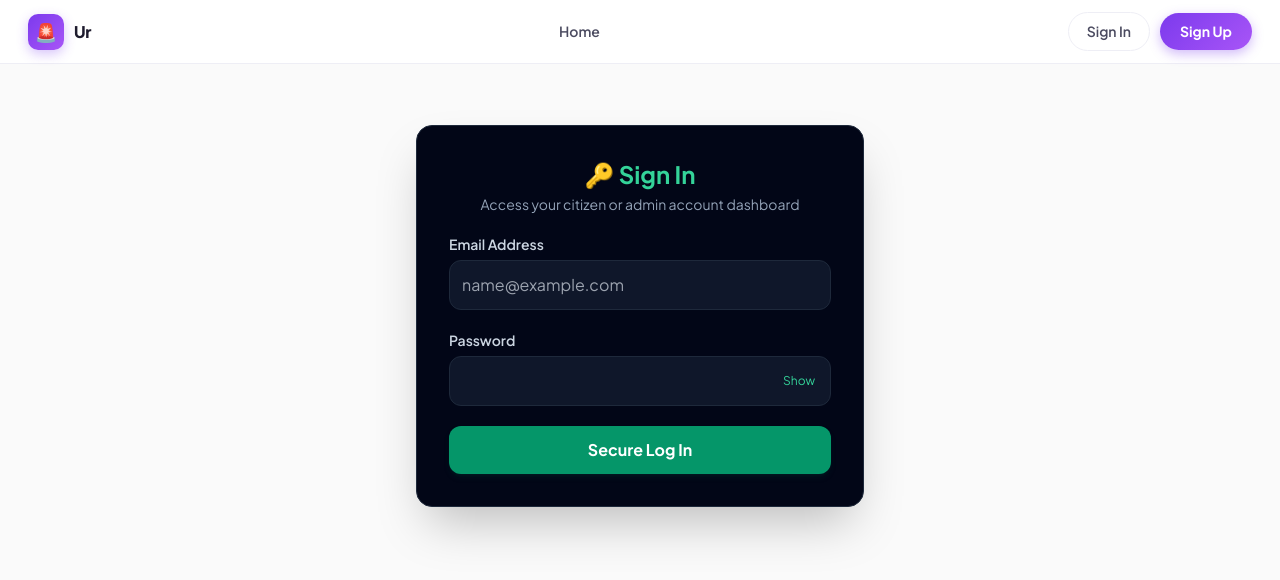
Repository: pugazhendhiprem3-cp/local-issue-management-system-.-.-.
Page: /login (app in my-react-app/)
An editor plug-in stored every save of this project. The page is shown before and after the next save, followed by the edit.
The browser window is 1280 px wide. The pictures show the whole page.
The project was rebuilt for these pictures with package versions that can differ from the ones it lists, and the page was loaded fresh each time. Also part of the build but not shown: my-react-app/vite.config.js, my-react-app/src/pages/CreateIssue.jsx, my-react-app/src/pages/IssuesFeed.jsx, my-react-app/src/pages/Signup.jsx, my-react-app/src/pages/AuthDashBoard.jsx.

Above is the page before, as saved 2026-05-26 16:54:18.

### my-react-app/index.html
<!doctype html>
<html lang="en">
  <head>
    <meta charset="UTF-8" />
    <link rel="icon" type="image/svg+xml" href="/favicon.svg" />
    <meta name="viewport" content="width=device-width, initial-scale=1.0" />
    <title>my-react-app</title>
  </head>
  <body>
    <div id="root"></div>
    <script type="module" src="/src/main.jsx"></script>
  </body>
</html>

### my-react-app/src/App.jsx
import React, { useState, useEffect } from 'react';
import { BrowserRouter as Router, Routes, Route, Link, useLocation } from 'react-router-dom';
import CreateIssue from './pages/CreateIssue';
import IssuesFeed from './pages/IssuesFeed';
import Login from './pages/Login';
import Signup from './pages/Signup';
import AdminDashboard from './pages/AuthDashboard';
import API from './services/api';
import { Toaster } from 'sonner';

// ── ANIMATED COUNTER ──────────────────────────────────────────────────────────
const useCounter = (target, delay = 0) => {
  const [val, setVal] = useState(0);
  useEffect(() => {
    const end = parseInt(target) || 0;
    if (end === 0) { setVal(0); return; }
    let current = 0;
    const step = Math.max(Math.ceil(end / 40), 1);
    const t = setTimeout(() => {
      const id = setInterval(() => {
        current = Math.min(current + step, end);
        setVal(current);
        if (current >= end) clearInterval(id);
      }, 30);
      return () => clearInterval(id);
    }, delay);
    return () => clearTimeout(t);
  }, [target, delay]);
  return val;
};

// ── STAT CARD ─────────────────────────────────────────────────────────────────
const StatCard = ({ label, count, emoji, bg, textColor, numColor, delay }) => {
  const displayed = useCounter(count, delay);
  return (
    <div style={{
      background: bg,
      borderRadius: '20px',
      padding: '28px 24px',
      display: 'flex', flexDirection: 'column', gap: '8px',
      animation: 'popIn 0.5s cubic-bezier(0.34,1.56,0.64,1) both',
      animationDelay: `${delay}ms`,
    }}>
      <span style={{ fontSize: '32px', lineHeight: 1 }}>{emoji}</span>
      <div style={{ fontSize: '44px', fontWeight: 800, color: numColor, lineHeight: 1, letterSpacing: '-2px', fontFamily: "'Plus Jakarta Sans', sans-serif" }}>
        {displayed}
      </div>
      <div style={{ fontSize: '14px', fontWeight: 600, color: textColor, letterSpacing: '0.01em' }}>
        {label}
      </div>
    </div>
  );
};

// ── HOME ──────────────────────────────────────────────────────────────────────
const Home = () => {
  const [stats, setStats] = useState({ PENDING: 0, IN_PROGRESS: 0, RESOLVED: 0, REJECTED: 0, total: 0 });
  const [loading, setLoading] = useState(true);

  useEffect(() => {
    API.get('/issues')
      .then(res => {
        const issues = res.data || [];
        const c = { PENDING: 0, IN_PROGRESS: 0, RESOLVED: 0, REJECTED: 0 };
        issues.forEach(i => { const s = i.status?.toUpperCase(); if (c[s] !== undefined) c[s]++; });
        setStats({ ...c, total: issues.length });
      })
      .catch(() => {})
      .finally(() => setLoading(false));
  }, []);

  return (
    <div style={{ maxWidth: '860px', margin: '0 auto', padding: '56px 24px 80px' }}>

      {/* HERO */}
      <div style={{ textAlign: 'center', marginBottom: '64px', animation: 'fadeUp 0.6s ease both' }}>
        <div style={{
          display: 'inline-flex', alignItems: 'center', gap: '8px',
          background: '#FFF0F9', border: '1px solid #F9C0E0',
          borderRadius: '99px', padding: '6px 16px',
          fontSize: '13px', fontWeight: 600, color: '#C2185B',
          marginBottom: '24px',
        }}>
          <span style={{ width: '7px', height: '7px', borderRadius: '50%', background: '#E91E8C', display: 'inline-block', animation: 'pulse 2s ease infinite' }} />
          Live Community Dashboard
        </div>

        <h1 style={{
          fontFamily: "'Plus Jakarta Sans', sans-serif",
          fontSize: 'clamp(32px, 6vw, 58px)',
          fontWeight: 800, color: '#1E1B2E',
          lineHeight: 1.1, margin: '0 0 18px',
          letterSpacing: '-1.5px',
        }}>
          Your Neighbourhood,<br />
          <span style={{ color: '#7C3AED' }}>Your Voice</span>
        </h1>

        <p style={{ fontSize: '17px', color: '#6B6B80', lineHeight: 1.75, maxWidth: '500px', margin: '0 auto' }}>
          Report local issues, track their progress, and see your community problems get resolved — transparently.
        </p>
      </div>

      {/* DIVIDER LABEL */}
      <div style={{ textAlign: 'center', marginBottom: '32px', animation: 'fadeUp 0.6s ease 0.1s both' }}>
        <span style={{ fontSize: '13px', fontWeight: 600, color: '#9B9BAA', textTransform: 'uppercase', letterSpacing: '0.1em' }}>
          {loading ? 'Loading stats...' : `${stats.total} total reports`}
        </span>
      </div>

      {/* STAT GRID */}
      {!loading && (
        <div style={{ display: 'grid', gridTemplateColumns: 'repeat(auto-fit, minmax(170px, 1fr))', gap: '16px', marginBottom: '48px' }}>
          <StatCard label="Pending Review"  count={stats.PENDING}     emoji="⏳" bg="#FFF8E6" textColor="#92600A" numColor="#D97706" delay={0}   />
          <StatCard label="In Progress"     count={stats.IN_PROGRESS} emoji="🔧" bg="#EEF3FF" textColor="#3B4CB8" numColor="#4F46E5" delay={100} />
          <StatCard label="Resolved"        count={stats.RESOLVED}    emoji="✅" bg="#EDFAF4" textColor="#1A7A4A" numColor="#16A34A" delay={200} />
          <StatCard label="Rejected"        count={stats.REJECTED}    emoji="❌" bg="#FFF0F0" textColor="#9B1C1C" numColor="#DC2626" delay={300} />
        </div>
      )}

      {/* HOW IT WORKS */}
      <div style={{
        background: '#F8F7FF', borderRadius: '24px', padding: '40px 36px',
        animation: 'fadeUp 0.6s ease 0.3s both',
      }}>
        <h2 style={{ fontFamily: "'Plus Jakarta Sans', sans-serif", fontSize: '22px', fontWeight: 700, color: '#1E1B2E', margin: '0 0 28px', textAlign: 'center' }}>
          How it works
        </h2>
        <div style={{ display: 'grid', gridTemplateColumns: 'repeat(auto-fit, minmax(160px, 1fr))', gap: '24px', textAlign: 'center' }}>
          {[
            { step: '1', emoji: '📝', title: 'Sign Up', desc: 'Create a free account in seconds' },
            { step: '2', emoji: '📸', title: 'Report', desc: 'Submit an issue with photos & location' },
            { step: '3', emoji: '🔔', title: 'Track', desc: 'Follow your report live as it progresses' },
            { step: '4', emoji: '🎉', title: 'Resolved', desc: 'Authority fixes it and marks it done' },
          ].map(item => (
            <div key={item.step} style={{ display: 'flex', flexDirection: 'column', alignItems: 'center', gap: '10px' }}>
              <div style={{
                width: '52px', height: '52px', borderRadius: '16px',
                background: '#EDE9FF', display: 'flex', alignItems: 'center', justifyContent: 'center',
                fontSize: '24px',
              }}>{item.emoji}</div>
              <div style={{ fontSize: '14px', fontWeight: 700, color: '#1E1B2E' }}>{item.title}</div>
              <div style={{ fontSize: '13px', color: '#6B6B80', lineHeight: 1.5 }}>{item.desc}</div>
            </div>
          ))}
        </div>
      </div>

    </div>
  );
};

// ── NAVBAR ────────────────────────────────────────────────────────────────────
const Navbar = ({ isAuthenticated, role, handleLogout }) => {
  const location = useLocation();
  const active = (path) => location.pathname === path;

  const NavLink = ({ to, children }) => (
    <Link to={to} style={{
      fontSize: '14px', fontWeight: 600,
      color: active(to) ? '#7C3AED' : '#4B4B60',
      textDecoration: 'none',
      padding: '6px 14px', borderRadius: '99px',
      background: active(to) ? '#F0EBFF' : 'transparent',
      transition: 'all 0.15s',
    }}
      onMouseEnter={e => { if (!active(to)) { e.currentTarget.style.background = '#F5F3FF'; e.currentTarget.style.color = '#7C3AED'; } }}
      onMouseLeave={e => { if (!active(to)) { e.currentTarget.style.background = 'transparent'; e.currentTarget.style.color = '#4B4B60'; } }}
    >
      {children}
    </Link>
  );

  return (
    <nav style={{
      background: 'rgba(255,255,255,0.92)',
      backdropFilter: 'blur(16px)',
      borderBottom: '1px solid #EEEEF5',
      padding: '0 28px',
      height: '64px',
      display: 'flex', alignItems: 'center', justifyContent: 'space-between',
      position: 'sticky', top: 0, zIndex: 100,
    }}>
      {/* LOGO */}
      <Link to="/" style={{ textDecoration: 'none', display: 'flex', alignItems: 'center', gap: '10px' }}>
        <div style={{
          width: '36px', height: '36px', borderRadius: '10px',
          background: 'linear-gradient(135deg, #7C3AED 0%, #A855F7 100%)',
          display: 'flex', alignItems: 'center', justifyContent: 'center',
          fontSize: '18px', boxShadow: '0 4px 12px rgba(124,58,237,0.3)',
        }}>🚨</div>
        <span style={{ fontFamily: "'Plus Jakarta Sans', sans-serif", fontWeight: 800, fontSize: '16px', color: '#1E1B2E', letterSpacing: '-0.3px' }}>
          Ur
        </span>
      </Link>

      {/* LINKS */}
      <div style={{ display: 'flex', alignItems: 'center', gap: '4px' }}>
        <NavLink to="/">Home</NavLink>

        {isAuthenticated && (
          <NavLink to="/issues">My Issues</NavLink>
        )}
        {isAuthenticated && role !== 'ADMIN' && <NavLink to="/create-issue">+ Report Issue</NavLink>}
        {isAuthenticated && role === 'ADMIN' && <NavLink to="/admin">Authority Dashboard</NavLink>}
      </div>

      {/* AUTH BUTTONS */}
      <div style={{ display: 'flex', gap: '10px', alignItems: 'center' }}>
        {isAuthenticated ? (
          <button onClick={handleLogout} style={{
            fontSize: '14px', fontWeight: 600,
            background: '#FFF0F0', border: '1px solid #FECACA',
            color: '#DC2626', padding: '8px 18px', borderRadius: '99px',
            cursor: 'pointer', transition: 'all 0.15s',
          }}
            onMouseEnter={e => e.currentTarget.style.background = '#FEE2E2'}
            onMouseLeave={e => e.currentTarget.style.background = '#FFF0F0'}
          >
            Sign Out
          </button>
        ) : (
          <>
            <Link to="/login" style={{
              fontSize: '14px', fontWeight: 600, color: '#4B4B60',
              textDecoration: 'none', padding: '8px 18px', borderRadius: '99px',
              border: '1px solid #EEEEF5', background: 'white',
              transition: 'all 0.15s', display: 'inline-block',
            }}
              onMouseEnter={e => e.currentTarget.style.borderColor = '#C4B5FD'}
              onMouseLeave={e => e.currentTarget.style.borderColor = '#EEEEF5'}
            >
              Sign In
            </Link>
            <Link to="/signup" style={{
              fontSize: '14px', fontWeight: 700, color: 'white',
              textDecoration: 'none', padding: '8px 20px', borderRadius: '99px',
              background: 'linear-gradient(135deg, #7C3AED, #A855F7)',
              boxShadow: '0 4px 12px rgba(124,58,237,0.35)',
              transition: 'all 0.15s', display: 'inline-block',
            }}
              onMouseEnter={e => e.currentTarget.style.boxShadow = '0 6px 16px rgba(124,58,237,0.45)'}
              onMouseLeave={e => e.currentTarget.style.boxShadow = '0 4px 12px rgba(124,58,237,0.35)'}
            >
              Sign Up
            </Link>
          </>
        )}
      </div>
    </nav>
  );
};

// ── APP ───────────────────────────────────────────────────────────────────────
function App() {
  const [isAuthenticated, setIsAuthenticated] = useState(false);
  const role = localStorage.getItem('role');

  useEffect(() => {
    setIsAuthenticated(!!localStorage.getItem('token'));
  }, []);

  const handleLogout = () => {
    localStorage.removeItem('token');
    localStorage.removeItem('role');
    setIsAuthenticated(false);
    window.location.href = '/';
  };

  return (
    <Router>
      <style>{`
        @import url('https://fonts.googleapis.com/css2?family=Plus+Jakarta+Sans:wght@400;500;600;700;800&display=swap');
        *, *::before, *::after { box-sizing: border-box; margin: 0; padding: 0; }
        body {
          font-family: 'Plus Jakarta Sans', sans-serif;
          background: #FAFAFA;
          color: #1E1B2E;
          min-height: 100vh;
        }
        @keyframes fadeUp {
          from { opacity: 0; transform: translateY(20px); }
          to   { opacity: 1; transform: translateY(0); }
        }
        @keyframes popIn {
          from { opacity: 0; transform: scale(0.88); }
          to   { opacity: 1; transform: scale(1); }
        }
        @keyframes pulse {
          0%, 100% { opacity: 1; transform: scale(1); }
          50%       { opacity: 0.5; transform: scale(0.85); }
        }
        ::-webkit-scrollbar { width: 6px; }
        ::-webkit-scrollbar-track { background: #F0EEFF; }
        ::-webkit-scrollbar-thumb { background: #C4B5FD; border-radius: 99px; }
      `}</style>

      <Toaster
        position="top-right"
        toastOptions={{
          style: {
            fontFamily: "'Plus Jakarta Sans', sans-serif",
            fontSize: '14px',
            borderRadius: '14px',
          }
        }}
      />

      <Navbar isAuthenticated={isAuthenticated} role={role} handleLogout={handleLogout} />

      <Routes>
        <Route path="/"             element={<Home />} />
        <Route path="/issues"       element={<IssuesFeed />} />
        <Route path="/create-issue" element={isAuthenticated && role !== 'ADMIN' ? <CreateIssue /> : <Home />} />
        <Route path="/login"        element={<Login setIsAuthenticated={setIsAuthenticated} />} />
        <Route path="/signup"       element={<Signup />} />
        <Route path="/admin"        element={role === 'ADMIN' ? <AdminDashboard /> : <Home />} />
      </Routes>
    </Router>
  );
}

export default App;

### my-react-app/src/pages/login.jsx
import React, { useState } from 'react';
import axios from 'axios';
import { useNavigate } from 'react-router-dom';
import toast from 'react-hot-toast';

// 🟢 Destructure setIsAuthenticated passed down from App.jsx
const Login = ({ setIsAuthenticated }) => {

    const [loginData, setLoginData] = useState({
        email: '',
        password: ''
    });

    const [loading, setLoading] = useState(false);

    // 🟢 State for password visibility
    const [showPassword, setShowPassword] = useState(false);

    const navigate = useNavigate();

    // 🟢 Dynamically track typing inside inputs
    const handleChange = (e) => {
        setLoginData({
            ...loginData,
            [e.target.name]: e.target.value
        });
    };

    const handleLoginSubmit = async (e) => {
        e.preventDefault();
        setLoading(true);

        try {

            // 🟢 Send credentials to Spring Boot backend
            const response = await axios.post(
                'http://localhost:8080/api/auth/login',
                loginData
            );

            // 🟢 Extract token and role
            const { token, role } = response.data;

            // 🟢 Store auth data in browser
            localStorage.setItem('token', token);
            localStorage.setItem('role', role);

            // 🟢 Update authentication state
            if (setIsAuthenticated) {
                setIsAuthenticated(true);
            }

            toast.success('Login successful');

            // 🟢 Redirect to home page
            navigate('/');

        } catch (err) {

            console.error(err);

            toast.error(
                err.response?.data ||
                'Invalid email or password. Please try again.'
            );

        } finally {
            setLoading(false);
        }
    };

    return (
        <div className="flex justify-center items-center min-h-[70vh]">

            <form
                onSubmit={handleLoginSubmit}
                className="bg-slate-950 border border-slate-800 p-8 rounded-2xl shadow-2xl w-full max-w-md space-y-5"
            >

                {/* Header */}
                <div className="text-center">
                    <h2 className="text-2xl font-bold text-emerald-400">
                        🔑 Sign In
                    </h2>

                    <p className="text-slate-400 text-sm mt-1">
                        Access your citizen or admin account dashboard
                    </p>
                </div>

                {/* Email Input */}
                <div>
                    <label className="block text-sm font-semibold text-slate-300 mb-1.5">
                        Email Address
                    </label>

                    <input
                        type="email"
                        name="email"
                        value={loginData.email}
                        onChange={handleChange}
                        required
                        placeholder="name@example.com"
                        className="w-full p-3 rounded-xl bg-slate-900 border border-slate-800 focus:outline-none focus:border-emerald-500 text-slate-100 transition-colors"
                    />
                </div>

                {/* Password Input */}
                <div>

                    <label className="block text-sm font-semibold text-slate-300 mb-1.5">
                        Password
                    </label>

                    <div className="relative">

                        <input
                            type={showPassword ? 'text' : 'password'}
                            name="password"
                            value={loginData.password}
                            onChange={handleChange}
                            required
                            //placeholder="Enter Password"
                            className="w-full p-3 pr-16 rounded-xl bg-slate-900 border border-slate-800 focus:outline-none focus:border-emerald-500 text-slate-100 transition-colors"
                        />

                        {/* Show / Hide Button */}
                        <button
                            type="button"
                            onClick={() => setShowPassword(!showPassword)}
                            className="absolute right-4 top-1/2 -translate-y-1/2 text-xs text-emerald-400 hover:text-emerald-300 z-10"
                        >
                            {showPassword ? 'Hide' : 'Show'}
                        </button>

                    </div>

                </div>

                {/* Submit Button */}
                <button
                    type="submit"
                    disabled={loading}
                    className="w-full bg-emerald-600 hover:bg-emerald-500 disabled:bg-emerald-800 text-white font-bold p-3 rounded-xl transition duration-200 shadow-md shadow-emerald-900/20"
                >
                    {loading ? 'Authenticating...' : 'Secure Log In'}
                </button>

            </form>

        </div>
    );
};

export default Login;

### my-react-app/src/services/api.js
import axios from 'axios';

const API = axios.create({
    baseURL: 'http://localhost:8080'
});

// Automatically intercept every outgoing HTTP request and attach the JWT token
API.interceptors.request.use((config) => {
    const token = localStorage.getItem('token');
    if (token) {
        config.headers.Authorization = `Bearer ${token}`;
    }
    return config;
}, (error) => {
    return Promise.reject(error);
});

export default API;

Loaded but not shown: my-react-app/src/main.jsx (common file); my-react-app/src/index.css (common file); my-react-app/tailwind.config.js (common file)

After the next save:
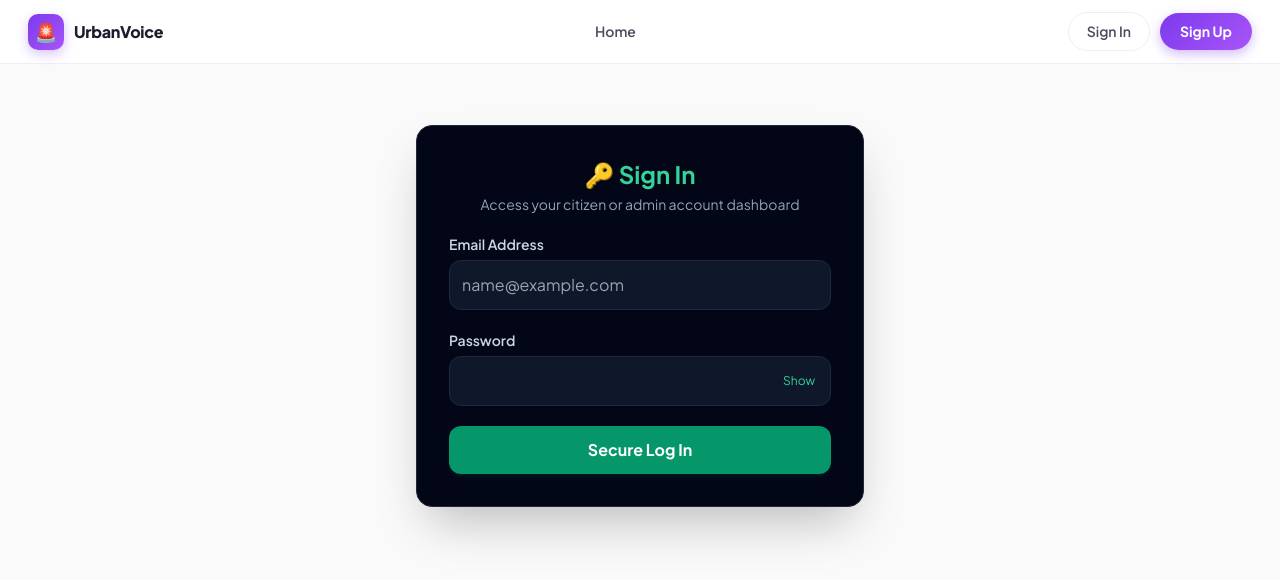
Saved 4 s later.
--- a/my-react-app/src/App.jsx
+++ b/my-react-app/src/App.jsx
@@ -190,7 +190,7 @@ const Navbar = ({ isAuthenticated, role, handleLogout }) => {
           fontSize: '18px', boxShadow: '0 4px 12px rgba(124,58,237,0.3)',
         }}>🚨</div>
         <span style={{ fontFamily: "'Plus Jakarta Sans', sans-serif", fontWeight: 800, fontSize: '16px', color: '#1E1B2E', letterSpacing: '-0.3px' }}>
-          Ur
+          UrbanVoice
         </span>
       </Link>
 
